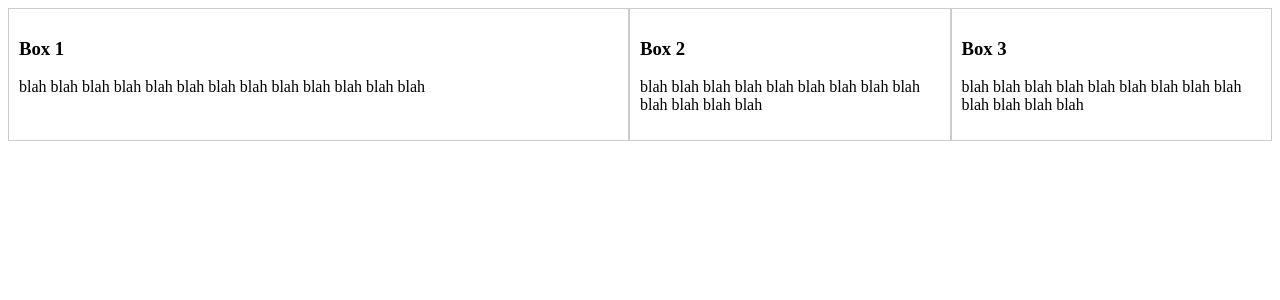
Repository: SHH17HX0r/final-project-10-20
Page: Tom Prigg Dev Portofolio/flex.html
The author's editor kept a copy of each file at every save. The page is drawn from the files as they stood at one save, then again after the next save.
The browser window is 1280 px wide. The pictures show the whole page.

Above is the page before, as saved 2020-11-17 01:01:35.

After the next save:
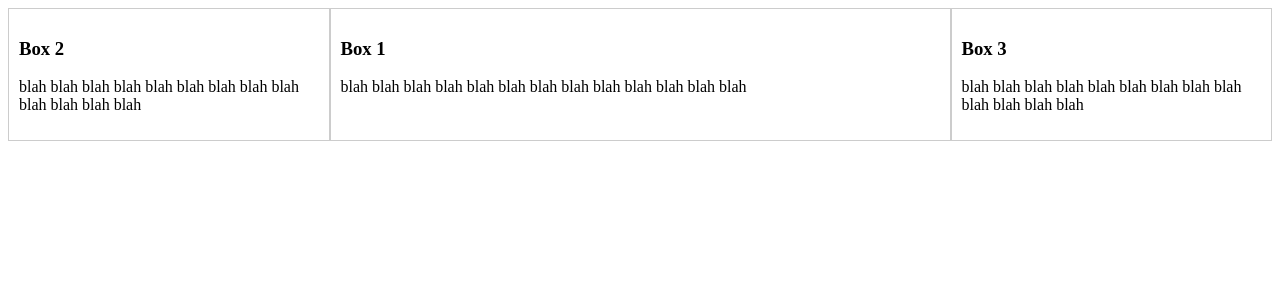
Saved 96 s later.
--- a/Tom Prigg Dev Portofolio/flex.html
+++ b/Tom Prigg Dev Portofolio/flex.html
@@ -16,12 +16,15 @@
       }
       .box-1 {
         flex: 2;
+        order: 2;
       }
       .box-2 {
         flex: 1;
+        order: 1;
       }
       .box-3 {
         flex: 1;
+        order: 3;
       }
     </style>
   </head>
